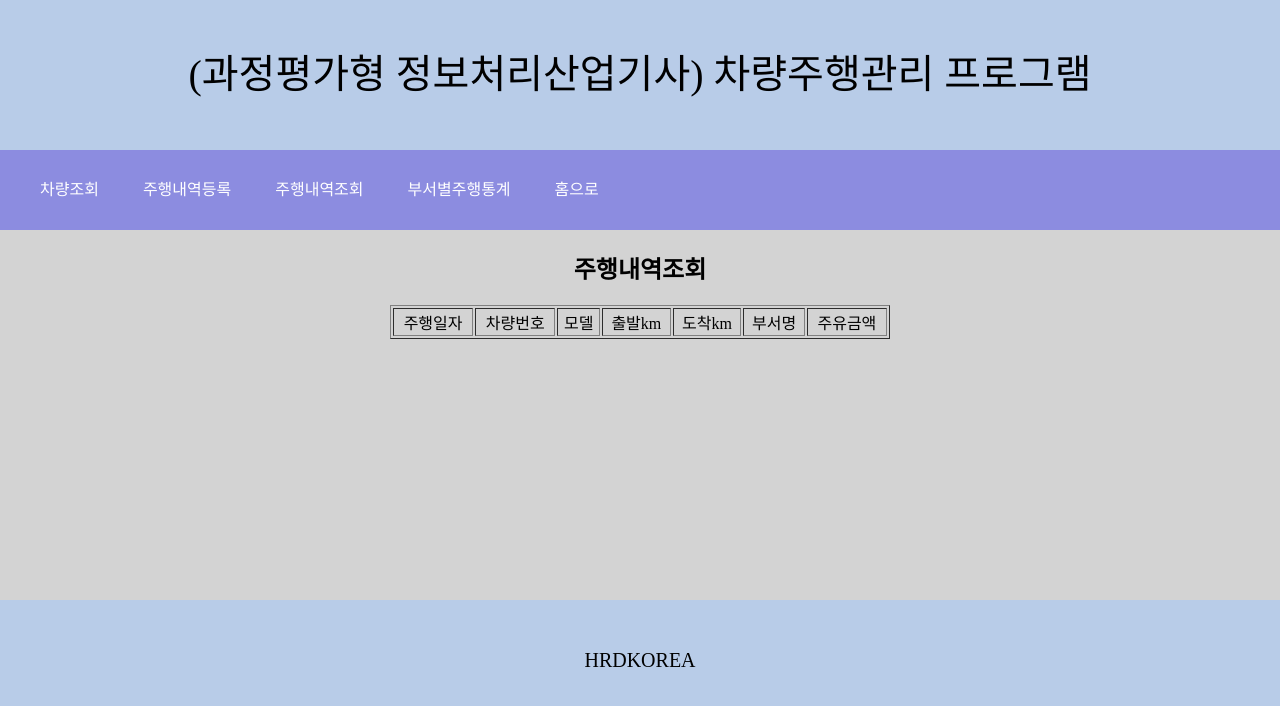
Repository: junhee97/-
Page: http://localhost/HRD_04/r_list.jsp
An editor plug-in stored every save of this project. The page is shown before and after the next save, followed by the edit.
The browser window is 1280 px wide. The pictures show the whole page.
The page is served by Tomcat 9.

Above is the page before, as saved 2025-08-14 14:19:40.

After the next save:
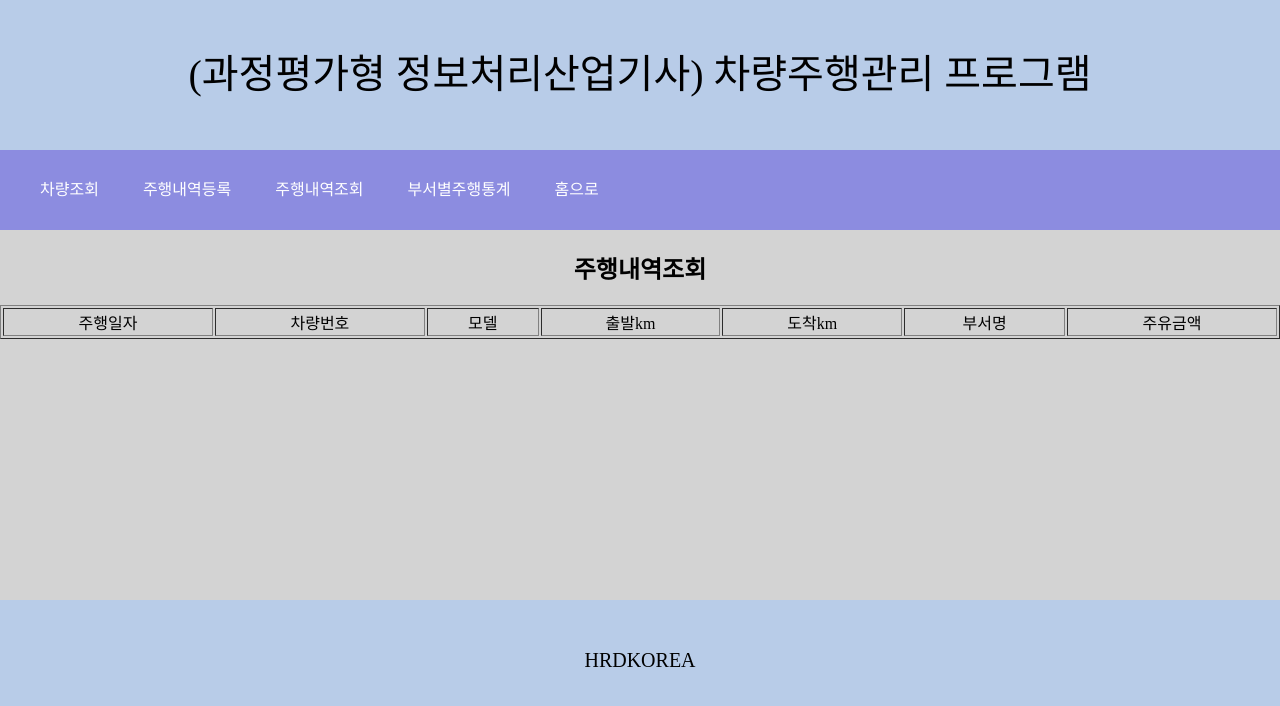
Saved 5 s later.
--- a/HRD_04/WebContent/r_list.jsp
+++ b/HRD_04/WebContent/r_list.jsp
@@ -14,7 +14,7 @@
 <h2 style="text-align: center;">주행내역조회</h2>
 
 <form style ="display :flex; align-items: center; justify-content: center; text-align: center;">
-	<table style ="width: 500px;" border="1">
+	<table style ="width: 1500px;" border="1">
 		<tr>
 			<td>주행일자</td>
 			<td>차량번호</td>
